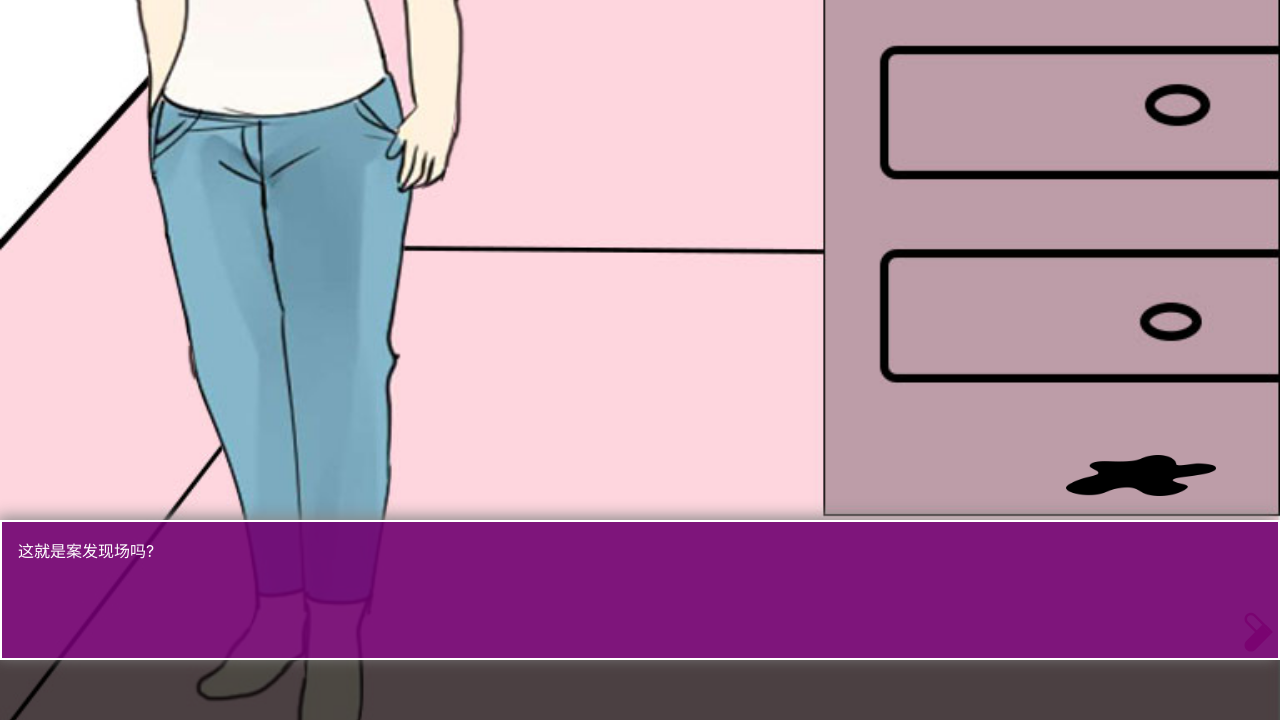
Repository: Jofali/reasoning-genius
Page: /
The author's editor kept a copy of each file at every save. The page is drawn from the files as they stood at one save, then again after the next save.
The browser window is 1280 px wide. The pictures show the whole page.
The project was rebuilt for these pictures with package versions that can differ from the ones it lists, and the page was loaded fresh each time. Also part of the build but not shown: src/part2/part2.css, src/part2/part2.js.

Above is the page before, as saved 2019-05-22 17:20:55.

After the next save:
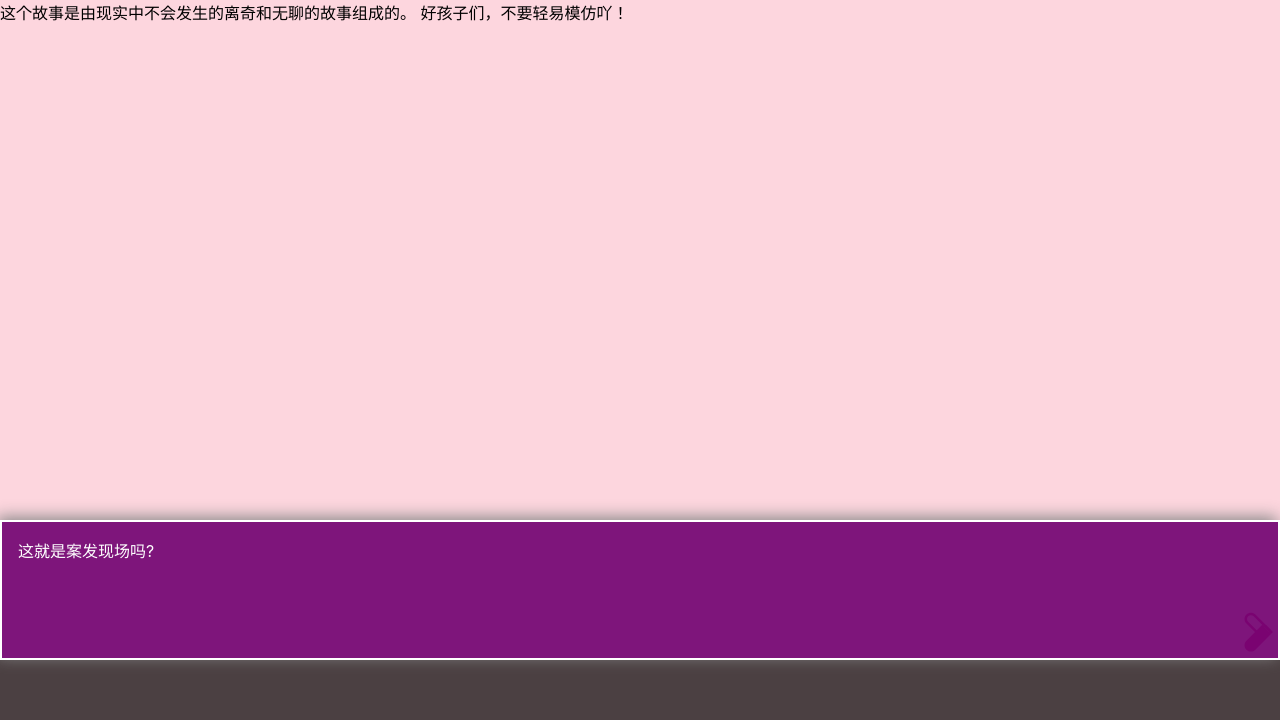
Saved 49 s later.
--- a/src/App.js
+++ b/src/App.js
@@ -5,6 +5,7 @@ import Part1 from './part1/part1';
 import Part2 from './part2/part2';
 import Title from './title/title';
 import Inventory from './inventory/inventory';
+import Begin from './begin/begin';
 
 import './App.css';
 import arrNext from './assets/arrnext.svg';
@@ -13,7 +14,7 @@ class App extends Component {
   constructor(props) {
     super(props);
     this.state = {
-      content: <Part1 />,
+      content: <Begin />,
       arr: arrNext,
       arrStatus: "next",
       maxPartNum: 1,
@@ -47,7 +48,7 @@ class App extends Component {
           this.setState({ arrStatus: "prev" })
           break;
         default:
-          this.setState({ content: <Part1 /> })
+          this.setState({ content: <Begin /> })
       }
       this.setshow(true);
     }, 300);
